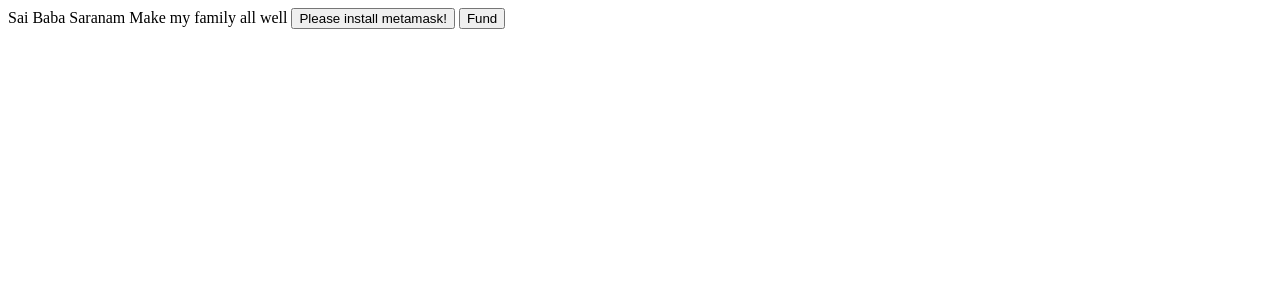
Repository: Sugunaramkumar/Fund-Me-App---FCC
Page: index.html
The author's editor kept a copy of each file at every save. The page is drawn from the files as they stood at one save, then again after the next save.
The browser window is 1280 px wide. The pictures show the whole page.
After loading, the first visible `#connectButton` was clicked once.

Above is the page before, as saved 2022-07-22 08:20:33.

### index.html
<!DOCTYPE html>
<html lang="en">
<head>
    <title>Fund Me App</title>
</head>
<body>
    Sai Baba Saranam
    Make my family all well
    <script src="./index.js" type="module">
    </script>
    <button id="connectButton">Connect</button>
    <button id="fundButton">Fund</button>
</body>
</html>

### index.js
// in node js we use requite()
//in front end we cant use require
//import

import { ethers } from "./ethers-5.6.esm.min.js"
import { abi, contractAddress } from "./constants.js"

const connectButton = document.getElementById("connectButton")
const fundButton = document.getElementById("fundButton")
connectButton.onclick = connect
fundButton.onclick = fund

async function connect() {
    if (typeof window.ethereum !== "undefined") {
        await ethereum.request({ method: "eth_requestAccounts" })
        connectButton.innerHTML = "Connected"
    } else {
        connectButton.innerHTML = "Please install metamask!"
    }
}
//fund function

async function fund(ethAmount) {
    console.log(`Funding with ${ethAmount}`)
    ethAmount = "0.2"
    if (typeof window.ethereum !== "undefined") {
        //provider / connection to the blockchain
        //signer /wallet/someone with gas
        //contract that we are interacting with
        //^ ABI & address
        const provider = new ethers.providers.Web3Provider(window.ethereum)
        const signer = provider.getSigner()
        console.log(signer)
        const contract = new ethers.Contract(contractAddress, abi, signer)
        const transactionResponse = await contract.fund({
            value: ethers.utils.parseEther(ethAmount),
        })
    }
}

//withdraw

### constants.js
export const contractAddress = "0xe7f1725E7734CE288F8367e1Bb143E90bb3F0512"
export const abi = [
    {
        inputs: [
            {
                internalType: "address",
                name: "priceFeedAddress",
                type: "address",
            },
        ],
        stateMutability: "nonpayable",
        type: "constructor",
    },
    {
        inputs: [],
        name: "FundMe__NotOwner",
        type: "error",
    },
    {
        stateMutability: "payable",
        type: "fallback",
    },
    {
        inputs: [],
        name: "MINIMUM_USD",
        outputs: [
            {
                internalType: "uint256",
                name: "",
                type: "uint256",
            },
        ],
        stateMutability: "view",
        type: "function",
    },
    {
        inputs: [],
        name: "cheaperWithdraw",
        outputs: [],
        stateMutability: "payable",
        type: "function",
    },
    {
        inputs: [],
        name: "fund",
        outputs: [],
        stateMutability: "payable",
        type: "function",
    },
    {
        inputs: [
            {
                internalType: "address",
                name: "funder",
                type: "address",
            },
        ],
        name: "getAddressToAmountFunded",
        outputs: [
            {
                internalType: "uint256",
                name: "",
                type: "uint256",
            },
        ],
        stateMutability: "view",
        type: "function",
    },
    {
        inputs: [
            {
                internalType: "uint256",
                name: "index",
                type: "uint256",
            },
        ],
        name: "getFunder",
        outputs: [
            {
                internalType: "address",
                name: "",
                type: "address",
            },
        ],
        stateMutability: "view",
        type: "function",
    },
    {
        inputs: [],
        name: "getOwner",
        outputs: [
            {
                internalType: "address",
                name: "",
                type: "address",
            },
        ],
        stateMutability: "view",
        type: "function",
    },
    {
        inputs: [],
        name: "priceFeed",
        outputs: [
            {
                internalType: "contract AggregatorV3Interface",
                name: "",
                type: "address",
            },
        ],
        stateMutability: "view",
        type: "function",
    },
    {
        inputs: [],
        name: "withdraw",
        outputs: [],
        stateMutability: "payable",
        type: "function",
    },
    {
        stateMutability: "payable",
        type: "receive",
    },
]

Loaded but not shown: ethers-5.6.esm.min.js (library)

After the next save:
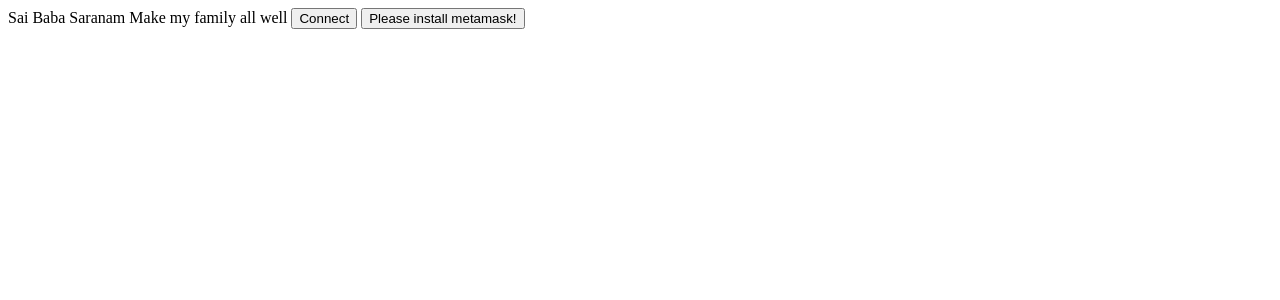
Saved 10 min 15 s later.
--- a/index.js
+++ b/index.js
@@ -15,7 +15,7 @@ async function connect() {
         await ethereum.request({ method: "eth_requestAccounts" })
         connectButton.innerHTML = "Connected"
     } else {
-        connectButton.innerHTML = "Please install metamask!"
+        fundButton.innerHTML = "Please install metamask!"
     }
 }
 //fund function
